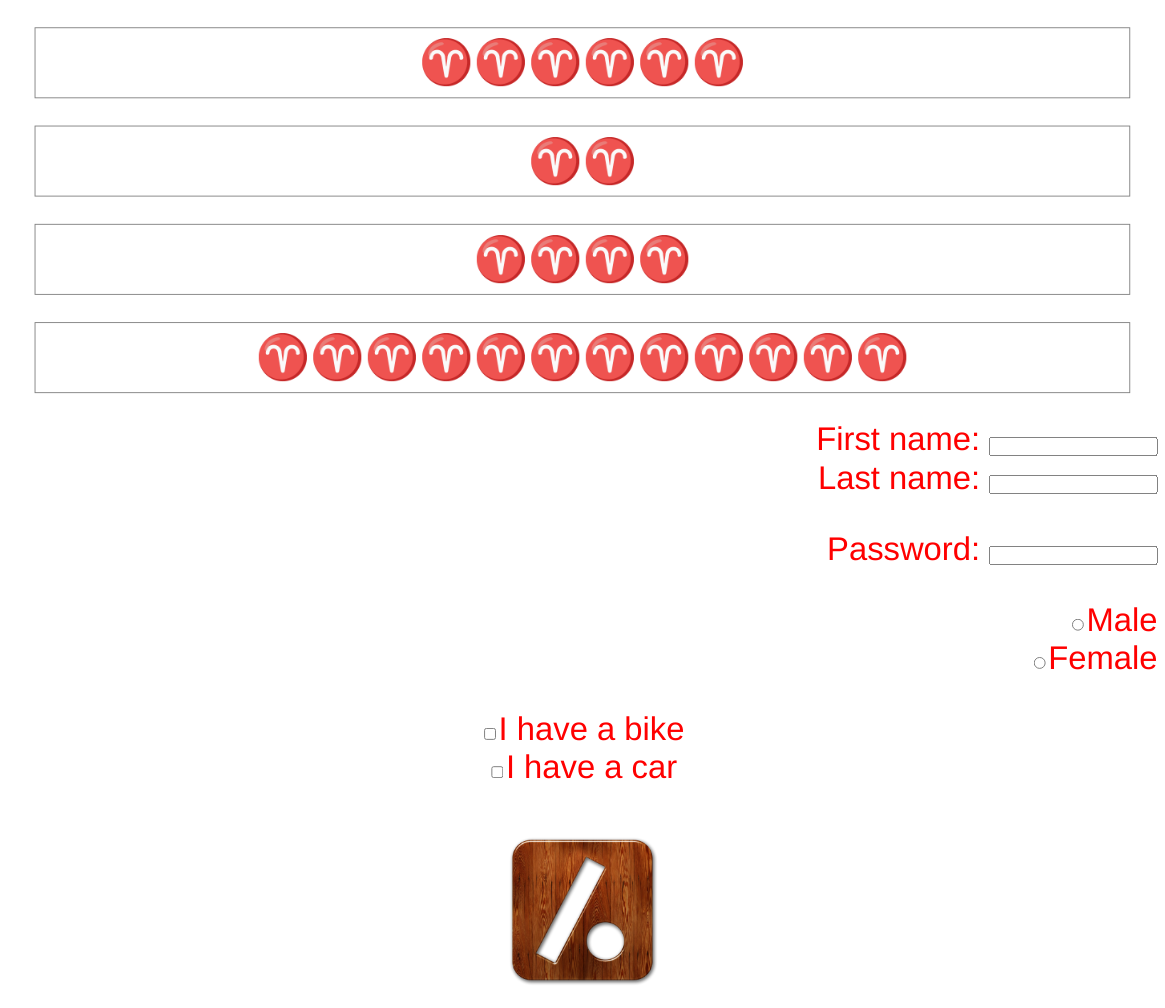
Repository: jangj879/jangj879.github.io
Page: 4_page.html
The author's editor kept a record of every edit. The page is drawn from the files as they stood at one moment, then again after the next edit.
The browser window is 1280 px wide. The pictures show the whole page, at 91% of full size.

Above is the page before.

After the next edit:
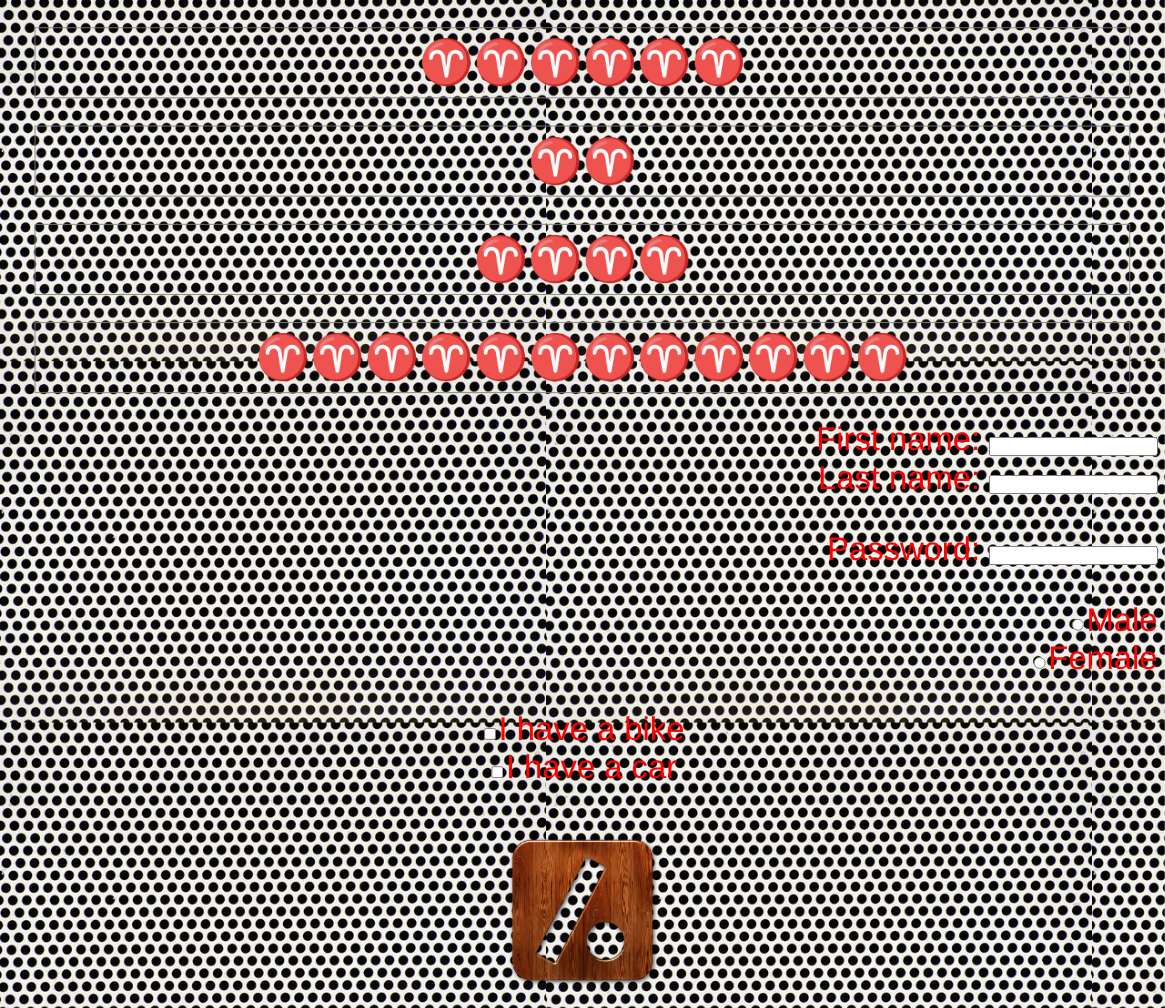
The edit:
--- a/style4.css
+++ b/style4.css
@@ -4,6 +4,9 @@
     font-size: 36px;
     font-family: Helvetica, Arial, sans-serif;
     text-align: center;
+}
+body  {
+    background-image: url("dotdot.jpg");
 }
 
 p {
